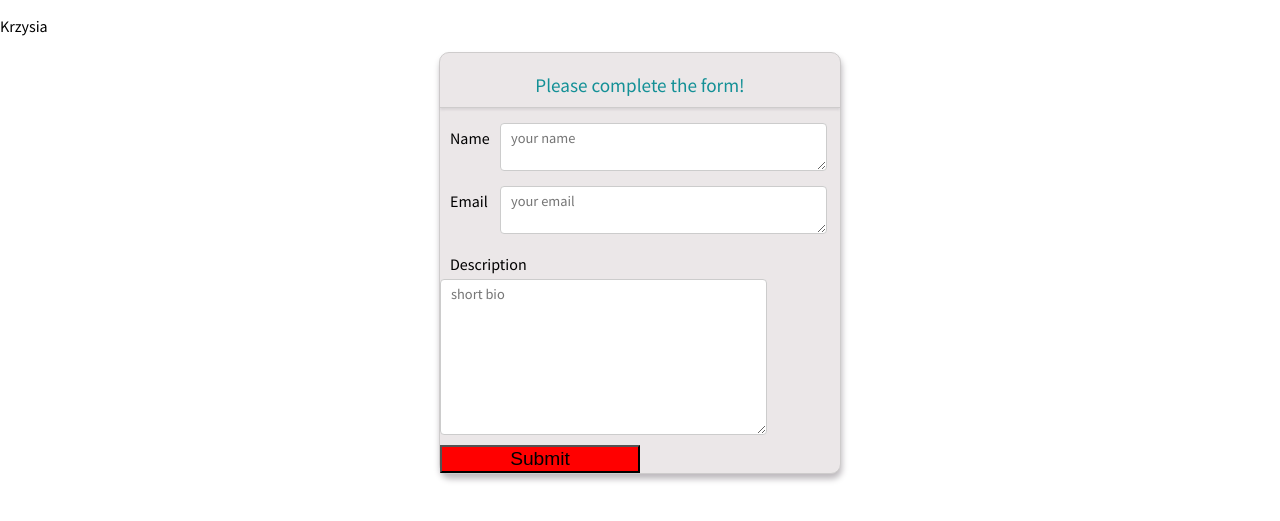
Repository: KrzysKolo/sr_tydzien4_zad2
Page: /
The author's editor kept a copy of each file at every save. The page is drawn from the files as they stood at one save, then again after the next save.
The browser window is 1280 px wide. The pictures show the whole page.
The project was rebuilt for these pictures with package versions that can differ from the ones it lists, and the page was loaded fresh each time. Also part of the build but not shown: src/components/formComponents/ErrorMessage.js, src/components/formComponents/Message.js.

Above is the page before, as saved 2020-11-27 17:27:15.

### src/index.css
@import url("https://fonts.googleapis.com/css?family=Source+Sans+Pro");
body {
  margin: 0;
  font-family: "Source Sans Pro", sans-serif;
}

code {
  font-family: source-code-pro, Menlo, Monaco, Consolas, "Courier New",
    monospace;
}

### src/App.js
import React from 'react'
import Form from './components/Form';

function App() {
  return (
    <div>
      <p>Krzysia</p>
      <Form />
    </div>
  )
}

export default App

### src/components/Form.js
import React, { Component } from 'react';
import Input from './formComponents/Input';
import TextArea from './formComponents/TextArea';
import Button from './formComponents/Button';
import Header from './formComponents/Header';
import Message from './formComponents/Message';
import styled from 'styled-components';

const ContainerForm = styled.form`
width: 80%;
max-width: 400px;
background: rgb(235, 231, 232);
border: 1px solid rgb(206, 204, 204);
border-radius: 10px;
box-shadow: 1px 5px 6px rgb(189, 185, 189);
margin: 0 auto;
`;

class Form extends Component {

state = {
    Name: '',
    Email: '',
    Description: '',
    message: '',
    errors: {
        Name: false,
        Email: false,
        Description: false,
        }
}
message = {
    Name_incorrect: "Nazwa musi być dłuższa niż 5 znaków i nie może zawierać spacji",
    Email_incorrect: "Brak @ lub adres zawiera spacje",
    Description_incorrect: "Opis musi zawierać co najmniej 3 znaki",
}

handleChange = e =>{
    const inputName = e.target.name;
    const type = e.target.type
    if(type === "text" || type === "email") {
        const value = e.target.value;
        this.setState({
            [inputName] : value,
        })
    }
}
onSubmit = e => {
    e.preventDefault();
    const validation = this.formValidation();
    if(validation.correct) {
      this.setState({
        Name: "",
        Email: "",
        Description: '',
        message: "The form has been submitted!",
        errors: {
          Name: false,
          Email: false,
          Description: false,
        }
      })
      console.log(this.state.message);
    } else {
      this.setState({
        errors: {
          Name: !validation.Name,
          Email: !validation.Email,
          Description: !validation.Description,
        }
      })
    }
}

formValidation = () => {
    let Name = false;
    let Email = false;
    let Description = false;
    let correct = false;
    if(this.state.Name.length > 5) {
      Name = true;
    }
    if(this.state.Email.indexOf('@') !== -1 && this.state.Email.lastIndexOf(' ') === -1) {
      Email = true;
    }
    if(this.state.Description.length >= 3) {
      Description = true;
    }
    if (Name && Email && Description){
        correct = true;
      }
   return ({
      Name,
      Email,
      Description,
      correct,

    })

  }

    render () {

    return (
        <ContainerForm onSubmit={this.onSubmit} noValidate>
          <Header />
          <Input type="text" placeholder="your name" value={this.state.Name} name="Name" onChange={this.handleChange} errorInfo={this.state.errors.Name} message={this.message.Name_incorrect} />
          <Input type="email" placeholder="your email" value={this.state.Email} name="Email" onChange={this.handleChange} errorInfo={this.state.errors.Email} message={this.message.Email_incorrect} />
          <TextArea  rows="8" placeholder="short bio" value={this.state.Description} name="Description" onChange={this.handleChange} errorInfo={this.state.errors.Description} message={this.message.Description_incorrect} />
          <Button type="submit" />
          {this.state.message && <Message message={this.state.message} /> }
        </ContainerForm>
    )
    }
}

export default Form

### src/components/formComponents/Input.js
import React from 'react'
import styled from 'styled-components';
import ErrorMessage from './ErrorMessage';

const TextAreaDiv = styled.div`
    display: flex;
    flex-direction: row;
    align-content: center;
    margin: 0 auto;
    padding-top: 5px;

`;
const TextAreaLabel = styled.label`
    width: 10%;
    font-size: 1rem;
    padding: 5px 10px;
`;
const inputStyles = errorInfo => `
    width: 80%;
    max-width: 305px;
    padding: 5px 10px;
    border: 1px solid ${errorInfo ? '#d3170d' : '#ccc'};
    border-radius: 4px;
    font-family: inherit;
    font-size: 0.9rem;
    ${!errorInfo && 'margin-bottom: 10px;'}
`;
const TextAreaError = styled.textarea`
    ${props => inputStyles(props.errorInfo)}
`;

const Input = (props) => {
    const { name, message, errorInfo }= props;
    return (
        <>
            <TextAreaDiv>
                <TextAreaLabel>{name} </TextAreaLabel>
                <TextAreaError {...props} errorInfo={errorInfo} message={message}/>
            </TextAreaDiv>
            {errorInfo && <ErrorMessage message={message} /> }
        </>
    )

}

export default Input;

### src/components/formComponents/TextArea.js
import React from 'react'
import styled from 'styled-components';
import ErrorMessage from './ErrorMessage';

const TextAreaDiv = styled.div`
    display: flex;
    flex-direction: column;
    align-content: center;
    margin: 0 auto;
    padding-top: 5px;

`;
const TextAreaLabel = styled.label`
    width: 10%;
    font-size: 1rem;
    padding: 5px 10px;
`;
const inputStyles = errorInfo => `
    width: 80%;
    max-width: 305px;
    padding: 5px 10px;
    border: 1px solid ${errorInfo ? '#d3170d' : '#ccc'};
    border-radius: 4px;
    font-family: inherit;
    font-size: 0.9rem;
    ${!errorInfo && 'margin-bottom: 10px;'}
`;
const TextAreaError = styled.textarea`
    ${props => inputStyles(props.errorInfo)}
`;

const Input = (props) => {
    const { name, message, errorInfo }= props;
    return (
        <>
            <TextAreaDiv>
                <TextAreaLabel>{name} </TextAreaLabel>
                <TextAreaError {...props} errorInfo={errorInfo} message={message}/>
            </TextAreaDiv>
            {errorInfo && <ErrorMessage message={message} /> }
        </>
    )

}

export default Input;

### src/components/formComponents/Button.js
import React from 'react'
import styled from 'styled-components';

const BtnSubmit = styled.button`
 width: 200px;
 background: red;
 font-size: 1.2rem;
`;

const Button = () => {
    return (
        <BtnSubmit>Submit</BtnSubmit>
    )
}

export default Button;

### src/components/formComponents/Header.js
import React from 'react';
import styled from 'styled-components';

const HeaderTitle = styled.header`
    border-bottom: 1px solid rgb(206, 204, 204);
    box-shadow: 0 2px 2px rgba(189, 185, 189, 0.4);
    color: rgb(19, 144, 150);
    font-size: 1.2rem;
    font-wight: 900;
    padding: 10px;
    margin: 10px auto;
    text-align: center;

`;

const Header = () => {
    return (
        <HeaderTitle>
            Please complete the form!
        </HeaderTitle>
    )
}

export default Header;

Loaded but not shown: public/index.html (common file); src/index.js (common file)

After the next save:
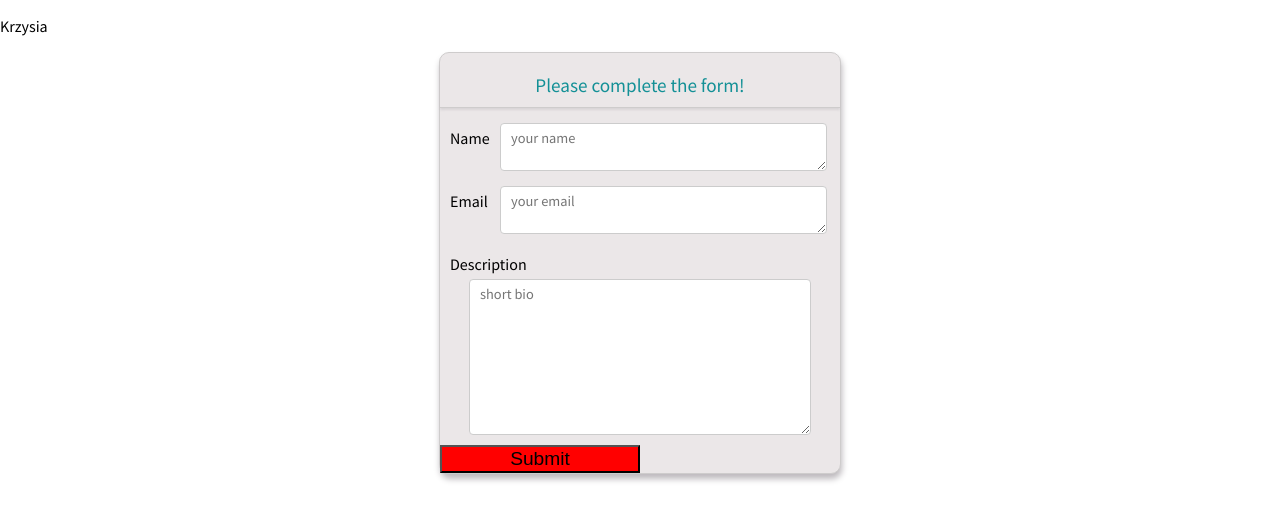
Saved 84 s later.
--- a/src/components/formComponents/TextArea.js
+++ b/src/components/formComponents/TextArea.js
@@ -15,9 +15,10 @@ const TextAreaLabel = styled.label`
     font-size: 1rem;
     padding: 5px 10px;
 `;
-const inputStyles = errorInfo => `
+const textAreaStyles = errorInfo => `
     width: 80%;
-    max-width: 305px;
+    max-width: 330px;
+    margin: 0 auto;
     padding: 5px 10px;
     border: 1px solid ${errorInfo ? '#d3170d' : '#ccc'};
     border-radius: 4px;
@@ -26,7 +27,7 @@ const inputStyles = errorInfo => `
     ${!errorInfo && 'margin-bottom: 10px;'}
 `;
 const TextAreaError = styled.textarea`
-    ${props => inputStyles(props.errorInfo)}
+    ${props => textAreaStyles(props.errorInfo)}
 `;
 
 const Input = (props) => {
